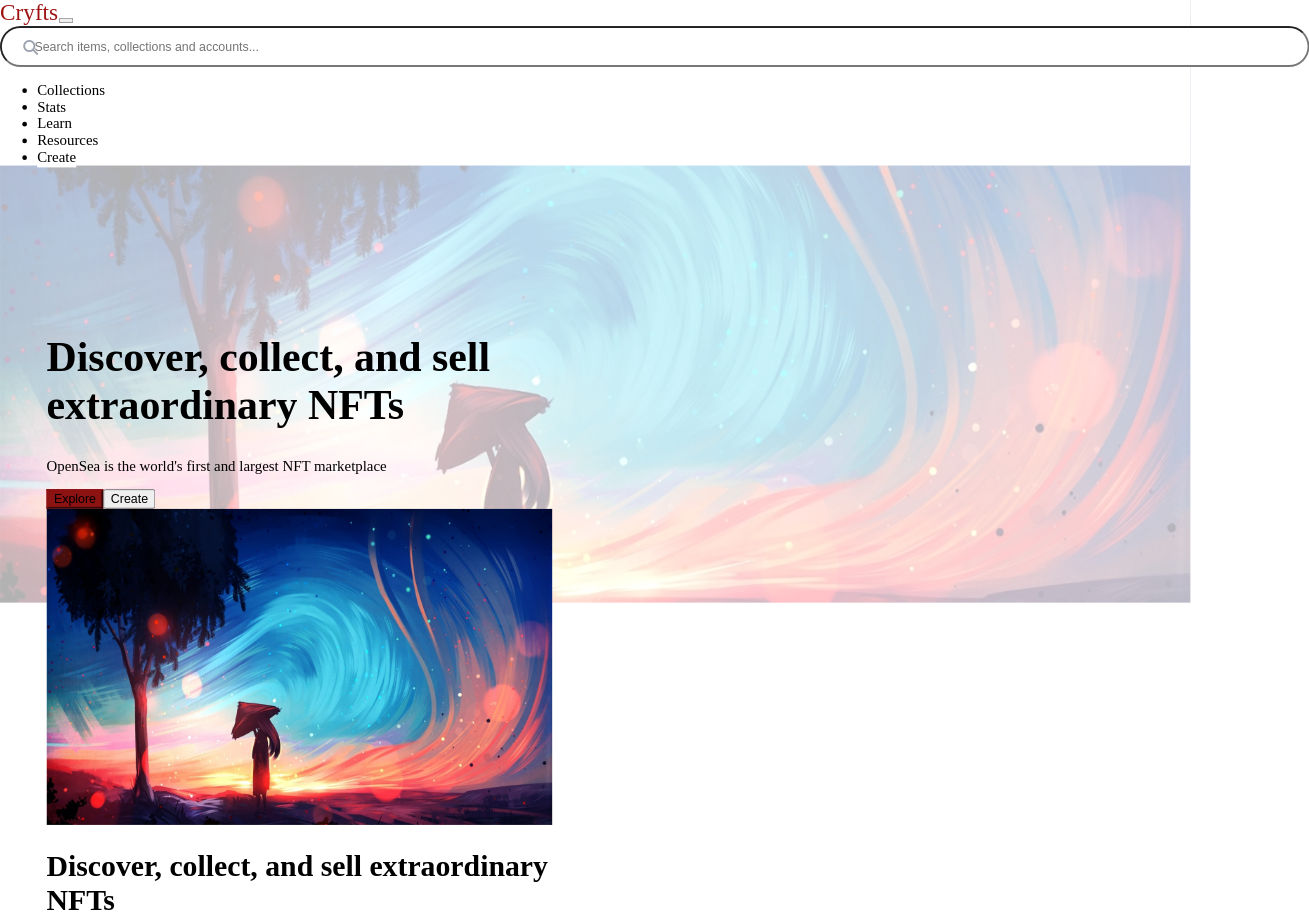
Repository: Huzaifa-2609/opensea_project
Page: /
An editor plug-in stored every save of this project. The page is shown before and after the next save, followed by the edit.
The browser window is 1280 px wide. The page is 1408 px wide, so the pictures cover 1408 px, including what lies to the right of the window. The pictures show the whole page, at 93% of full size.
Some web libraries are served in a nearby version. The project was rebuilt for these pictures with package versions that can differ from the ones it lists, and the page was loaded fresh each time. The framework's server and built-in components were replaced by stand-ins that run in the browser. Also part of the build but not shown: next.config.js, styles/Home.module.css.

Above is the page before, as saved 2022-07-09 19:27:14.

### pages/_app.js
import Navbar from '../components/Navbar'
import '../styles/globals.css'
import Head from "next/head"
import Script from 'next/script'
import "../styles/hero.css"
function MyApp({ Component, pageProps }) {
  return(
    <>
    <Script src="https://kit.fontawesome.com/30bda3e318.js" crossorigin="anonymous"></Script>
    <Script src="https://cdn.jsdelivr.net/npm/bootstrap@5.2.0-beta1/dist/js/bootstrap.bundle.min.js" integrity="sha384-pprn3073KE6tl6bjs2QrFaJGz5/SUsLqktiwsUTF55Jfv3qYSDhgCecCxMW52nD2" crossOrigin="anonymous"></Script>
    <Navbar title={"Cryfts"}/>
  <Component {...pageProps} />
  </>
  )
}

export default MyApp

### pages/_document.js
import { Html, Head, Main, NextScript } from 'next/document'

export default function Document() {
  return (
    <Html>
      <Head>
      <link href="https://cdn.jsdelivr.net/npm/bootstrap@5.2.0-beta1/dist/css/bootstrap.min.css" rel="stylesheet" integrity="sha384-0evHe/X+R7YkIZDRvuzKMRqM+OrBnVFBL6DOitfPri4tjfHxaWutUpFmBp4vmVor" crossOrigin="anonymous"/>
      </Head>
      <body>
        <Main />
        <NextScript />
      </body>
    </Html>
  )
}

### pages/index.js
import Head from 'next/head'
import Image from 'next/image'
import Hero from '../components/Hero'
import styles from '../styles/Home.module.css'

export default function Home() {
  return (
    <>
    <div>
      <Head>
        <title>Create Next App</title>
        <meta name="description" content="Generated by create next app" />
        <link rel="icon" href="/favicon.ico" />
      </Head>
         </div>
      <Hero/>
      </>
  )
}

### components/Navbar.js
import React from 'react'
import Link from 'next/link'
import { useRouter } from 'next/router'
const Navbar = (props) => {
  const location=useRouter();
  return (
    <div>
      <nav className="navbar shadow-sm fixed-top navbar-expand-lg navbar-light">
  <div className="container-fluid">
    <a className="navbar-brand text-color fw-bolder ml-2" href="/">{props.title}</a>
    <button className="navbar-toggler" type="button" data-bs-toggle="collapse" data-bs-target="#navbarSupportedContent" aria-controls="navbarSupportedContent" aria-expanded="false" aria-label="Toggle navigation">
      <span className="navbar-toggler-icon"></span>
    </button>

    <div className="collapse navbar-collapse" style={{width:"50%"}} id="navbarSupportedContent">

            <div className="row height d-flex justify-content-center align-items-center">

                <div className="form">
                  <i className="fa fa-search"></i>
                  <input type="text" className="form-control form-input" placeholder="Search items, collections and accounts..."/>
                </div>

            </div>


      <ul className="navbar-nav gap-4 m-auto mb-2 mb-lg-0 fw-bold" style={location.pathname==="/signup"?{visibility:"hidden"}:{}}>
      <li className="nav-item">
          <Link href="/collections/0x7132e1d414161A232c2027aE6C66D7914649bA66"><a className="nav-link " aria-current="page" >Collections</a></Link>
        </li>
        <li className="nav-item">
          <Link href="/"><a className="nav-link" aria-current="page" >Stats</a></Link>
        </li>
        <li className="nav-item">
          <Link href="/"><a className="nav-link " >Learn</a></Link>
        </li>

        <li className="nav-item dropdown">
          <Link href="/"><a className="nav-link dropdown-toggle pe-none"  id="navbarDropdown" role="button" data-bs-toggle="dropdown" aria-expanded="false">
            Resources
          </a></Link>
          <ul className="dropdown-menu" aria-labelledby="navbarDropdown">
            <li><Link href="/"><a className="dropdown-item" >Action</a></Link></li>
            <li><Link href="/"><a className="dropdown-item" >Another action</a></Link></li>
            <li><hr className="dropdown-divider"/></li>
            <li><Link href="/"><a className="dropdown-item" >Something else here</a></Link></li>
          </ul>
        </li>
        <li className="nav-item">
          <Link  href="/"><a className="nav-link">Create</a></Link>
        </li>
      </ul >
      {/* <form className="d-flex" role="search">
        <ul className="navbar-nav gap-3 media" style={location.pathname==="/signup"?{display:"none"}:{}}>
      <li className="nav-item float-right">
          <Link href="/login"><a className="nav-link"  >Sign in</a></Link>
    </li>
      <li className="nav-item mx-2">
    <Link href='/signup'><a className="btn btn1 btn-primary bd-color bg-color"  style={location.pathname==="/signup"?{display:"none"}:{}} type="submit">Get Started</a></Link>
    </li>
        </ul>
      </form> */}
    </div>
  </div>
</nav>
    </div>
  )
}

export default Navbar

### styles/globals.css
:root {
  --light: #9f1313;
  --dark: #8d1212;
}
html,
body {
  padding: 0;
  margin: 0;
  /* font-family: -apple-system, BlinkMacSystemFont, Segoe UI, Roboto, Oxygen,
    Ubuntu, Cantarell, Fira Sans, Droid Sans, Helvetica Neue, sans-serif; */
}

a {
  color: inherit;
  text-decoration: none;
}

* {
  box-sizing: border-box;
}
@media all and (min-width: 992px) {
  .navbar .nav-item .dropdown-menu{ display: none; }
  .navbar .nav-item .nav-link{ border-bottom:3px solid white;  }
  .navbar .nav-item:hover .nav-link{ border-bottom:3px solid var(--light);  }
  .navbar .nav-item:hover .dropdown-menu{ display: block; }
  .navbar .nav-item .dropdown-menu{ margin-top:0; }


}
@media all and (max-width: 992px){
  .pic{display: none;}
  .signup-cls{   margin-top: 15% !important;}
  .signin-cls .card{border:none; box-shadow: none !important;}
  .media{display: none;}
  .empass{flex-direction: column ;}
}

nav {
  /* border-bottom:1px solid #ede4e4; */
  background-color: white;
}
.comp1{
  width: 22rem;
  border: none;

}
.comp{
  margin: 90px 0px;
}
.text-color{
  color: var(--dark);
}
.bg-color{
  background-color: var(--dark);
}
.btn1:hover{
  background-color: var(--light);
  border-color: var(--dark);

}
.bd-color{
  border-color: var(--dark);
}
.navbar-light .navbar-brand{
  color: var(--dark);
}
.navbar-light .navbar-brand:hover{
  color: var(--light);
}
.navbar-brand{
  font-size: 25px;
}
.link-hover :hover{
  color: var(--dark);
}
.form-check-label-color{
  color: var(--dark);
}
.form-outline{
  width: 75%!important;
}
.form-control:focus {
  border-color: #ced4da;
  box-shadow: none!important;
}

/* Navbar search css */
.form{
  position: relative;

}

.form .fa-search{

  position: absolute;
  top:15px;
  left: 25px;
  color: #9ca3af;

}

.form span{

  position: absolute;
  right: 17px;
  top: 13px;
  padding: 2px;
  border-left: 1px solid #d1d5db;

}

.left-pan{
  padding-left: 7px;
}

.left-pan i{

 padding-left: 10px;
}

.form-input{
  width: 220%;
  height: 44px;
  text-indent: 33px;
  border-radius: 40px;
}

.form-input:focus{

  box-shadow: none;
  border:none;
}

### styles/hero.css
/* .body{
} */
/* .bg{
    background: url("../public/nftbg.jpg") no-repeat center center/cover;
} */
.bg::before{
    content: "";
    background:url("../public/nftbg.jpg") no-repeat center center/cover;
    position: absolute;
    height:90%;
    width:100%;
    z-index: -1;
    opacity: 0.3;
    top: 0px;
    left: 0px;
}

### components/Hero.js
import React from "react";
import Image from "next/image";
import img from "../public/nftbg.jpg";

const Hero = () => {
  const style = {
    marginTop: "100px",
    height: "70vh",
    padding: "50px",
  };
  return (
    <>
      <div
        className=" d-flex justify-content-between bg align-items-center "
        style={style}
      >
        <div
          className="card mb-3 border-0 bg-transparent"
          style={{ width: "34rem" }}
        >
          <div className="card-body">
            <h1 className="card-title " style={{ fontSize: "45px" }}>
              Discover, collect, and sell extraordinary NFTs
            </h1>
            <p className="card-subtitle text-muted mt-3 fs-3">
              OpenSea is the world's first and largest NFT marketplace
            </p>
          </div>
          <div className="d-flex gap-4 m-2">
          <button type="button" class="btn btn-primary bd-color bg-color btn1 btn-lg fs1 w-50 py-2">
            Explore
          </button>
          <button type="button" class="btn btn-light shadow-sm btn-lg fs1 w-50 py-2">
            Create
          </button>
          </div>
        </div>
        <div className="card mb-3 border-0 " style={{ width: "34rem" }}>
          <Image
            src={img}
            className="card-img-top"
            alt="..."
            style={{ height: "34rem" }}
          />
          <div className="card-body">
            <h1 className="card-title">Discover, collect, and sell extraordinary NFTs</h1>
            {/* <h3 className="card-subtitle text-muted mt-3">
            OpenSea is the world's first and largest NFT marketplace
            </h3> */}
          </div>
        </div>
      </div>
    </>
  );
};

export default Hero;

After the next save:
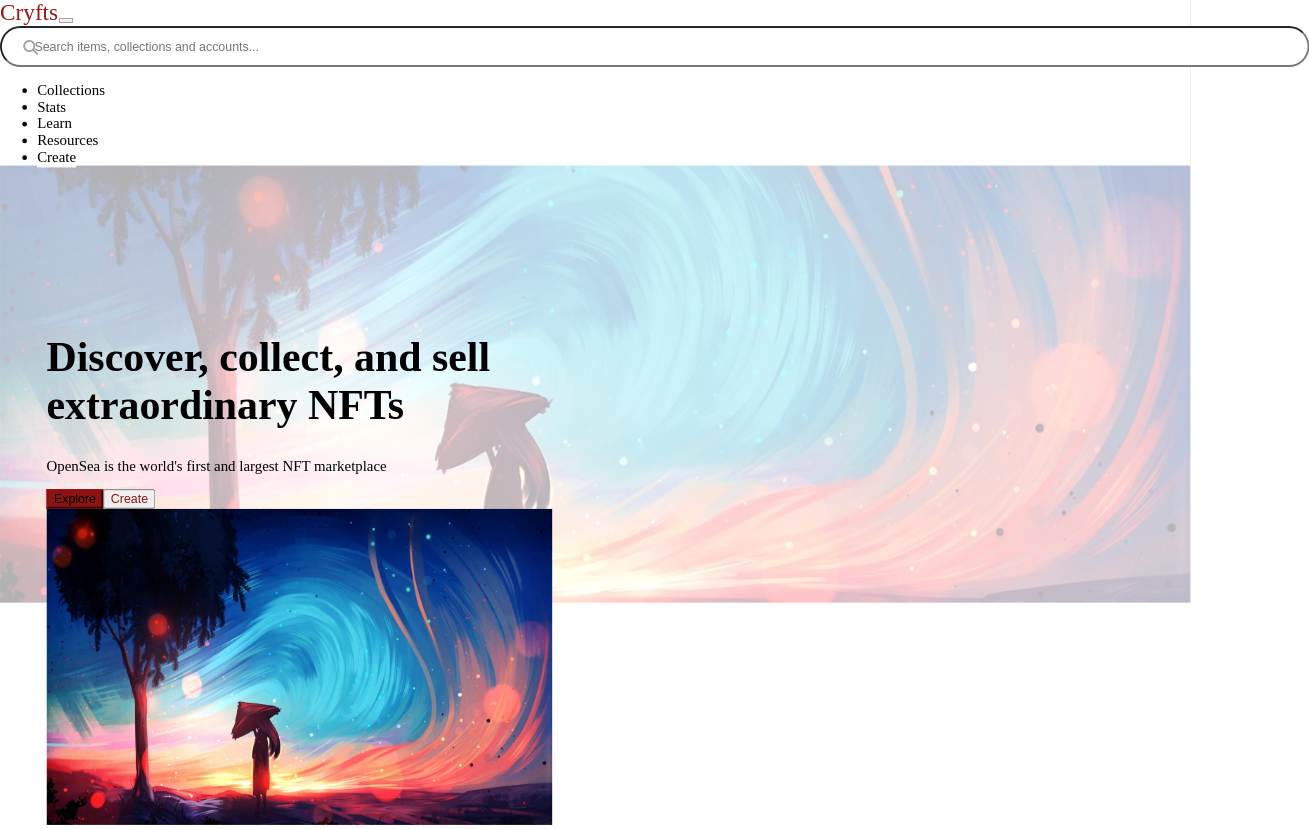
Saved 37 s later.
--- a/components/Hero.js
+++ b/components/Hero.js
@@ -30,7 +30,7 @@ const Hero = () => {
           <button type="button" class="btn btn-primary bd-color bg-color btn1 btn-lg fs1 w-50 py-2">
             Explore
           </button>
-          <button type="button" class="btn btn-light shadow-sm btn-lg fs1 w-50 py-2">
+          <button type="button" class="btn btn-light shadow-sm btn-lg text-color fs1 w-50 py-2">
             Create
           </button>
           </div>
@@ -42,12 +42,12 @@ const Hero = () => {
             alt="..."
             style={{ height: "34rem" }}
           />
-          <div className="card-body">
+          {/* <div className="card-body">
             <h1 className="card-title">Discover, collect, and sell extraordinary NFTs</h1>
-            {/* <h3 className="card-subtitle text-muted mt-3">
+            <h3 className="card-subtitle text-muted mt-3">
             OpenSea is the world's first and largest NFT marketplace
-            </h3> */}
-          </div>
+            </h3>
+          </div> */}
         </div>
       </div>
     </>
